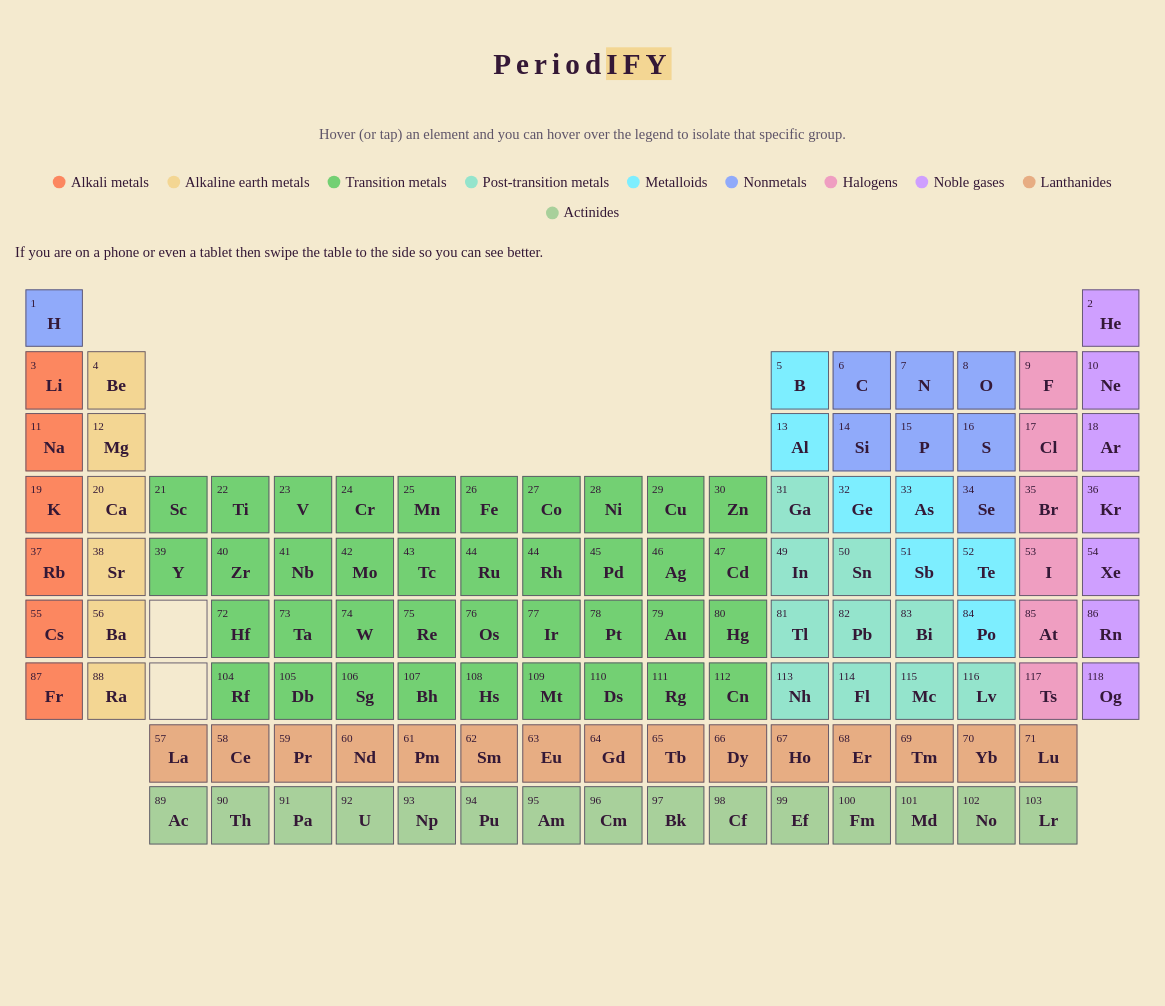
Repository: manayparikh1/Periodify
Page: index.html
These files come from the project's save history. The page is drawn as it stood at one moment and after the next save; the edit follows.
The browser window is 1280 px wide. The pictures show the whole page, at 91% of full size.

Above is the page before, as saved 2026-10-19 19:53:17.

### index.html
<!DOCTYPE html>
<html lang="en">

<head>
    <meta charset="UTF-8">
    <meta name="viewport" content="width=device-width, initial-scale=1.0">
    <title>Periodify</title>
</head>

<body>
    <!-- === HTML STARTS here===-->
    <header>
        <h1>Period<span>IFY</span></h1>
        <p>Hover (or tap) an element and you can hover over the legend to isolate that specific group.</p>
    </header>
    <!-- === Legend === -->
    <ul class="legend">
        <li class="k-ak" style="--c: var(--ak);">Alkali metals</li>
        <li class="k-ae" style="--c: var(--ae);">Alkaline earth metals</li>
        <li class="k-tm" style="--c: var(--tm);">Transition metals</li>
        <li class="k-pt" style="--c: var(--pt);">Post-transition metals</li>
        <li class="k-md" style="--c: var(--md);">Metalloids</li>
        <li class="k-nm" style="--c: var(--nm);">Nonmetals</li>
        <li class="k-hg" style="--c: var(--hg);">Halogens</li>
        <li class="k-hl" style="--c: var(--hl);">Noble gases</li>
        <li class="k-la" style="--c: var(--la);">Lanthanides</li>
        <li class="k-ac" style="--c: var(--ac);">Actinides</li>
    </ul>
    <p class="hint">If you are on a phone or even a tablet then swipe the table to the side so you can see better.</p>
    <div class="scroll">
        <div class="table">

            <!-- The first period -->
            <div class="el nm" tabindex="0"><i>1</i><b>H</b><span>Hydrogen<br>Atomic mass = 1.008</span></div>
            <div class="gap" style="--n:16"></div>
            <!-- Gives a 16 element gap because hydron and helium are not in the same column -->
            <div class="el ng" tabindex="0"><i>2</i><b>He</b><span>Helium<br>Atomic mass = 4.003</span></div>
            <!-- The second period -->
            <div class="el ak" tabindex="0"><i>3</i><b>Li</b><span>Lithium<br>Atomic mass = 6.94</span></div>
            <div class="el ae" tabindex="0"><i>4</i><b>Be</b><span>Beryllium<br>Atomic mass = 9.012</span></div>
            <div class="gap" style="--n:10"></div>
            <div class="el md" tabindex="0"><i>5</i><b>B</b><span>Boron<br>Atomic mass = 10.81</span></div>
            <div class="el nm" tabindex="0"><i>6</i><b>C</b><span>Carbon<br>Atomic mass = 12.01</span></div>
            <div class="el nm" tabindex="0"><i>7</i><b>N</b><span>Nitrogen<br>Atomic mass = 14.01</span></div>
            <div class="el nm" tabindex="0"><i>8</i><b>O</b><span>Oxygen<br>Atomic mass = 16.00</span></div>
            <div class="el hg" tabindex="0"><i>9</i><b>F</b><span>Fluorine<br>Atomic mass = 19.00</span></div>
            <div class="el ng" tabindex="0"><i>10</i><b>Ne</b><span>Neon<br>Atomic mass = 20.18</span></div>
            <!-- The third period -->
            <div class="el ak" tabindex="0"><i>11</i><b>Na</b><span>Sodium<br>Atomic mass = 22.99</span></div>
            <div class="el ae" tabindex="0"><i>12</i><b>Mg</b><span>Magnesium<br>Atomic mass = 24.31</span></div>
            <div class="gap" style="--n:10"></div>
            <div class="el md" tabindex="0"><i>13</i><b>Al</b><span>Aluminum<br>Atomic mass = 26.98</span></div>
            <div class="el nm" tabindex="0"><i>14</i><b>Si</b><span>Silicon<br>Atomic mass = 28.09</span></div>
            <div class="el nm" tabindex="0"><i>15</i><b>P</b><span>Phosphorus<br>Atomic mass = 30.97</span></div>
            <div class="el nm" tabindex="0"><i>16</i><b>S</b><span>Sulfur<br>Atomic mass = 32.06</span></div>
            <div class="el hg" tabindex="0"><i>17</i><b>Cl</b><span>Chlorine<br>Atomic mass = 35.45</span></div>
            <div class="el ng" tabindex="0"><i>18</i><b>Ar</b><span>Argon<br>Atomic mass = 39.95</span></div>
            <!-- the fourth period -->
            <div class="el ak" tabindex="0"><i>19</i><b>K</b><span>Potassium<br>Atomic mass = 39.09</span></div>
            <div class="el ae" tabindex="0"><i>20</i><b>Ca</b><span>Calcium<br>Atomic mass = 40.08</span></div>
            <div class="el tm" tabindex="0"><i>21</i><b>Sc</b><span>Scandium<br>Atomic mass = 44.96</span></div>
            <div class="el tm" tabindex="0"><i>22</i><b>Ti</b><span>Titanium<br>Atomic mass = 47.87</span></div>
            <div class="el tm" tabindex="0"><i>23</i><b>V</b><span>Vanadium<br>Atomic mass = 50.94</span></div>
            <div class="el tm" tabindex="0"><i>24</i><b>Cr</b><span>Chromium<br>Atomic mass = 52.00</span></div>
            <div class="el tm" tabindex="0"><i>25</i><b>Mn</b><span>Manganese<br>Atomic mass = 54.94</span></div>
            <div class="el tm" tabindex="0"><i>26</i><b>Fe</b><span>Iron<br>Atomic mass = 55.85</span></div>
            <div class="el tm" tabindex="0"><i>27</i><b>Co</b><span>Cobalt<br>Atomic mass = 58.93</span></div>
            <div class="el tm" tabindex="0"><i>28</i><b>Ni</b><span>Nickel<br>Atomic mass = 58.69</span></div>
            <div class="el tm" tabindex="0"><i>29</i><b>Cu</b><span>Copper<br>Atomic mass = 63.55</span></div>
            <div class="el tm" tabindex="0"><i>30</i><b>Zn</b><span>Zinc<br>Atomic mass = 65.38</span></div>
            <div class="el pt" tabindex="0"><i>31</i><b>Ga</b><span>Gallium<br>Atomic mass = 69.72</span></div>
            <div class="el md" tabindex="0"><i>32</i><b>Ge</b><span>Germanium<br>Atomic mass = 72.63</span></div>
            <div class="el md" tabindex="0"><i>33</i><b>As</b><span>Arsenic<br>Atomic mass = 74.92</span></div>
            <div class="el nm" tabindex="0"><i>34</i><b>Se</b><span>Selenium<br>Atomic mass = 78.96</span></div>
            <div class="el hg" tabindex="0"><i>35</i><b>Br</b><span>Bromine<br>Atomic mass = 79.90</span></div>
            <div class="el ng" tabindex="0"><i>36</i><b>Kr</b><span>Krypton<br>Atomic mass = 83.80</span></div>
            <!-- the fifth period -->
            <div class="el ak" tabindex="0"><i>37</i><b>Rb</b><span>Rubidium<br>Atomic mass = 85.47</span></div>
            <div class="el ae" tabindex="0"><i>38</i><b>Sr</b><span>Strontium<br>Atomic mass = 87.62</span></div>
            <div class="el tm" tabindex="0"><i>39</i><b>Y</b><span>Yttrium<br>Atomic mass = 88.91</span></div>
            <div class="el tm" tabindex="0"><i>40</i><b>Zr</b><span>Zirconium<br>Atomic mass = 91.22</span></div>
            <div class="el tm" tabindex="0"><i>41</i><b>Nb</b><span>Niobium<br>Atomic mass = 92.91</span></div>
            <div class="el tm" tabindex="0"><i>42</i><b>Mo</b><span>Molybdenum<br>Atomic mass = 95.95</span></div>
            <div class="el tm" tabindex="0"><i>43</i><b>Tc</b><span>Technetium<br>Atomic mass = 98.00</span></div>
            <div class="el tm" tabindex="0"><i>44</i><b>Ru</b><span>Ruthenium<br>Atomic mass = 101.07</span></div>
            <div class="el tm" tabindex="0"><i>44</i><b>Rh</b><span>Rhodium<br>Atomic mass = 102.91</span></div>
            <div class="el tm" tabindex="0"><i>45</i><b>Pd</b><span>Palladium<br>Atomic mass = 106.42</span></div>
            <div class="el tm" tabindex="0"><i>46</i><b>Ag</b><span>Silver<br>Atomic mass = 107.87</span></div>
            <div class="el tm" tabindex="0"><i>47</i><b>Cd</b><span>Cadmium<br>Atomic mass = 112.41</span></div>
            <div class="el pt" tabindex="0"><i>49</i><b>In</b><span>Indium<br>Atomic mass = 114.82</span></div>
            <div class="el pt" tabindex="0"><i>50</i><b>Sn</b><span>Tin<br>Atomic mass = 118.71</span></div>
            <div class="el md" tabindex="0"><i>51</i><b>Sb</b><span>Antimony<br>Atomic mass = 121.76</span></div>
            <div class="el md" tabindex="0"><i>52</i><b>Te</b><span>Tellurium<br>Atomic mass = 127.60</span></div>
            <div class="el hg" tabindex="0"><i>53</i><b>I</b><span>Iodine<br>Atomic mass = 126.90</span></div>
            <div class="el ng" tabindex="0"><i>54</i><b>Xe</b><span>Xenon<br>Atomic mass = 131.29</span></div>
            <!-- the sixth period -->
            <div class="el ak" tabindex="0"><i>55</i><b>Cs</b><span>Caesium<br>Atomic mass = 132.91</span></div>
            <div class="el ae" tabindex="0"><i>56</i><b>Ba</b><span>Barium<br>Atomic mass = 137.33</span></div>
            <!-- this is the gap for the lanthanoids  group (goes to hafnium straight)-->
            <div class="el " tabindex="0"><i></i><b></b><span>Lanthanoids<br>57-71</span></div>
            <div class="el tm" tabindex="0"><i>72</i><b>Hf</b><span>Hafnium<br>Atomic mass = 178.49</span></div>
            <div class="el tm" tabindex="0"><i>73</i><b>Ta</b><span>Tantalum<br>Atomic mass = 180.95</span></div>
            <div class="el tm" tabindex="0"><i>74</i><b>W</b><span>Tungsten<br>Atomic mass = 183.84</span></div>
            <div class="el tm" tabindex="0"><i>75</i><b>Re</b><span>Rhenium<br>Atomic mass = 186.21</span></div>
            <div class="el tm" tabindex="0"><i>76</i><b>Os</b><span>Osmium<br>Atomic mass = 190.23</span></div>
            <div class="el tm" tabindex="0"><i>77</i><b>Ir</b><span>Iridium<br>Atomic mass = 192.22</span></div>
            <div class="el tm" tabindex="0"><i>78</i><b>Pt</b><span>Platinum<br>Atomic mass = 195.08</span></div>
            <div class="el tm" tabindex="0"><i>79</i><b>Au</b><span>Gold<br>Atomic mass = 196.97</span></div>
            <div class="el tm" tabindex="0"><i>80</i><b>Hg</b><span>Mercury<br>Atomic mass = 200.59</span></div>
            <div class="el pt" tabindex="0"><i>81</i><b>Tl</b><span>Thallium<br>Atomic mass = 204.38</span></div>
            <div class="el pt" tabindex="0"><i>82</i><b>Pb</b><span>Lead<br>Atomic mass = 207.2</span></div>
            <div class="el pt" tabindex="0"><i>83</i><b>Bi</b><span>Bismuth<br>Atomic mass = 208.98</span></div>
            <div class="el md" tabindex="0"><i>84</i><b>Po</b><span>Polonium<br>Atomic mass = 209.00</span></div>
            <div class="el hg" tabindex="0"><i>85</i><b>At</b><span>Astatine<br>Atomic mass = 209.99</span></div>
            <div class="el ng" tabindex="0"><i>86</i><b>Rn</b><span>Radon<br>Atomic mass = 222.00</span></div>
            <!-- the seventh period -->
            <div class="el ak" tabindex="0"><i>87</i><b>Fr</b><span>Francium<br>Atomic mass = 223.00</span></div>
            <div class="el ae" tabindex="0"><i>88</i><b>Ra</b><span>Radium<br>Atomic mass = 226.00</span></div>
            <!-- this gap is the space for the Actinide block -->
            <div class="el " tabindex="0"><i></i><b></b><span>Actinides<br>89-103</span></div>
            <div class="el tm" tabindex="0"><i>104</i><b>Rf</b><span>Rutherfordium<br>Atomic mass = 267.00</span></div>
            <div class="el tm" tabindex="0"><i>105</i><b>Db</b><span>Dubnium<br>Atomic mass = 268.00</span></div>
            <div class="el tm" tabindex="0"><i>106</i><b>Sg</b><span>Seaborgium<br>Atomic mass = 269.00</span></div>
            <div class="el tm" tabindex="0"><i>107</i><b>Bh</b><span>Bhorium<br>Atomic mass = 270.00</span></div>
            <div class="el tm" tabindex="0"><i>108</i><b>Hs</b><span>Hassium<br>Atomic mass = 270.00</span></div>
            <div class="el tm" tabindex="0"><i>109</i><b>Mt</b><span>Meitnerium<br>Atomic mass = 278.00</span></div>
            <div class="el tm" tabindex="0"><i>110</i><b>Ds</b><span>Darmstadtium<br>Atomic mass = 281.00</span></div>
            <div class="el tm" tabindex="0"><i>111</i><b>Rg</b><span>Roentgenium<br>Atomic mass = 282.00</span></div>
            <div class="el tm" tabindex="0"><i>112</i><b>Cn</b><span>Copernicium<br>Atomic mass = 285.00</span></div>
            <div class="el pt" tabindex="0"><i>113</i><b>Nh</b><span>Nihonium<br>Atomic mass = 286.00</span></div>
            <div class="el pt" tabindex="0"><i>114</i><b>Fl</b><span>Flerovium<br>Atomic mass = 289.00</span></div>
            <div class="el pt" tabindex="0"><i>115</i><b>Mc</b><span>Moscovium<br>Atomic mass = 290.00</span></div>
            <div class="el pt" tabindex="0"><i>116</i><b>Lv</b><span>Livermorium<br>Atomic mass = 293.00</span></div>
            <div class="el hg" tabindex="0"><i>117</i><b>Ts</b><span>Tennessine<br>Atomic mass = 294.00</span></div>
            <div class="el ng" tabindex="0"><i>118</i><b>Og</b><span>Oganesson<br>Atomic mass = 294.00</span></div>
            <!-- the lanthanoids -->
            <div class="gap" style="--n:2"></div>
            <div class="el la" tabindex="0"><i>57</i><b>La</b><span>Lanthanum<br>Atomic mass = 138.91</span></div>
            <div class="el la" tabindex="0"><i>58</i><b>Ce</b><span>Cerium<br>Atomic mass = 140.12</span></div>
            <div class="el la" tabindex="0"><i>59</i><b>Pr</b><span>Praseodymium<br>Atomic mass = 140.91</span></div>
            <div class="el la" tabindex="0"><i>60</i><b>Nd</b><span>Neodymium<br>Atomic mass = 144.24</span></div>
            <div class="el la" tabindex="0"><i>61</i><b>Pm</b><span>Promethium<br>Atomic mass = 145.00</span></div>
            <div class="el la" tabindex="0"><i>62</i><b>Sm</b><span>Samarium<br>Atomic mass = 150.36</span></div>
            <div class="el la" tabindex="0"><i>63</i><b>Eu</b><span>Europium<br>Atomic mass = 151.96</span></div>
            <div class="el la" tabindex="0"><i>64</i><b>Gd</b><span>Gadollinium<br>Atomic mass = 157.25</span></div>
            <div class="el la" tabindex="0"><i>65</i><b>Tb</b><span>Terbium<br>Atomic mass = 158.93</span></div>
            <div class="el la" tabindex="0"><i>66</i><b>Dy</b><span>Dysprosium<br>Atomic mass = 162.50</span></div>
            <div class="el la" tabindex="0"><i>67</i><b>Ho</b><span>Holmium<br>Atomic mass = 164.93</span></div>
            <div class="el la" tabindex="0"><i>68</i><b>Er</b><span>Erbium<br>Atomic mass = 167.26</span></div>
            <div class="el la" tabindex="0"><i>69</i><b>Tm</b><span>Thulium<br>Atomic mass = 168.93</span></div>
            <div class="el la" tabindex="0"><i>70</i><b>Yb</b><span>Ytterbium<br>Atomic mass = 173.05</span></div>
            <div class="el la" tabindex="0"><i>71</i><b>Lu</b><span>Lutetium<br>Atomic mass = 174.97</span></div>
            <div class="gap" style="--n:1"></div>

            <!-- the actinides section -->
            <div class="gap" style="--n:2"></div>
            <div class="el ac" tabindex="0"><i>89</i><b>Ac</b><span>Actinium<br>Atomic mass = 227.00</span></div>
            <div class="el ac" tabindex="0"><i>90</i><b>Th</b><span>Thorium<br>Atomic mass = 232.04</span></div>
            <div class="el ac" tabindex="0"><i>91</i><b>Pa</b><span>Protactinium<br>Atomic mass = 231.04</span></div>
            <div class="el ac" tabindex="0"><i>92</i><b>U</b><span>Uranium<br>Atomic mass = 238.03</span></div>
            <div class="el ac" tabindex="0"><i>93</i><b>Np</b><span>Neptunium<br>Atomic mass = 237.00</span></div>
            <div class="el ac" tabindex="0"><i>94</i><b>Pu</b><span>Plutonium<br>Atomic mass = 244.00</span></div>
            <div class="el ac" tabindex="0"><i>95</i><b>Am</b><span>Americium<br>Atomic mass = 243.00</span></div>
            <div class="el ac" tabindex="0"><i>96</i><b>Cm</b><span>Curium<br>Atomic mass = 247.00</span></div>
            <div class="el ac" tabindex="0"><i>97</i><b>Bk</b><span>Berkelium<br>Atomic mass = 247.00</span></div>
            <div class="el ac" tabindex="0"><i>98</i><b>Cf</b><span>Californium<br>Atomic mass = 251.00</span></div>
            <div class="el ac" tabindex="0"><i>99</i><b>Ef</b><span>Einsteinium<br>Atomic mass = 252.00</span></div>
            <div class="el ac" tabindex="0"><i>100</i><b>Fm</b><span>Fermium<br>Atomic mass = 257.00</span></div>
            <div class="el ac" tabindex="0"><i>101</i><b>Md</b><span>Mendelevium<br>Atomic mass = 258.00</span></div>
            <div class="el ac" tabindex="0"><i>102 </i><b>No </b><span>Nobelium<br>Atomic mass = 259.00</span></div>
            <div class="el ac" tabindex="0"><i>103</i><b>Lr</b><span>Lawrencium<br>Atomic mass = 266.00</span></div>
            <div class="gap" style="--n:1"></div>
        </div>
    </div>

    <!-- the HTML ENDS here and css starts=== -->
    <style>
        :root {
            --colouring: #341836;
            --main: #5e5468;
            --papercolor: #f4eacf;

            --ak: #fc8760;
            --ae: #f3d693;
            --tm: #73d073;
            --pt: #94e4cc;
            --md: #7deeff;
            --nm: #90aafa;
            --hl: #cf9fff;
            --hg: #ef9ec1;
            --la: #e7ad83;
            --ac: #a8d09b;
        }

        /* The page (looks) (its gonna look like a notebook)*/

        * {
            box-sizing: border-box;
        }

        body {
            margin: 0;
            padding: 23px 16.6px 48.5px;
            background: var(--papercolor);
            color: var(--colouring);
            font-family: "Comic Sans MS", "Comic Sans", "Comic Neue", "Chalkboard SE", cursive;
            line-height: 1.67;
        }

        header {
            text-align: center;
            margin-bottom: 25px;
        }

        h1 {
            text-align: center;
            margin-bottom: 37px;
            letter-spacing: 5.6px;
        }

        h1 span {
            background: var(--ae);
        }

        header p {
            margin: 5.5px 0 0;
            color: var(--main);
        }

        /* -- the periodic table part -- */
        .scroll {
            overflow-x: auto;
            padding: 11.5px 11px 130px;
        }

        .table {
            display: grid;
            grid-template-columns: repeat(18, minmax(54px, 1fr));
            gap: 4.6px;
            min-width: 1060px;
            max-width: 1414px;
            margin: 0 auto;
        }

        .gap {
            grid-column: span var(--n);
        }

        .gap.row {
            height: 14px;
        }

        .el {
            position: relative;
            aspect-ratio: 1/1;
            border: 1.4px solid var(--main);
            padding: 4px 5px;
            /*basically each elements box size*/
            cursor: pointer;
        }

        .el i {
            font-style: normal;
            font-size: 0.77rem;
            display: block;
        }

        .el b {
            display: block;
            font-size: 1.2rem;
            text-align: center;
            line-height: 1.2;
        }


        /* thing willl basically stay hidden unless u hover or tap a title*/

        .el span {

            display: none;
            position: absolute;
            top: 110%;
            left: 55%;
            transform: translateX(-45%);
            width: 148px;
            padding: 8.5px 10.5px;
            background: #caf4cb;
            border: 1.65px solid var(--main);
            font-size: 0.74rem;
            text-align: center;
            z-index: 9;
        }

        .el:hover span,
        .el:focus span {
            display: block;
        }

        /*hovering colours*/

        .ak {
            background: var(--ak);
        }

        .ae {
            background: var(--ae);
        }

        .tm {
            background: var(--tm);
        }

        .pt {
            background: var(--pt);
        }

        .md {
            background: var(--md);
        }

        .nm {
            background: var(--nm);
        }

        .hg {
            background: var(--hg);
        }

        .ng {
            background: var(--hl);
        }

        .la {
            background: var(--la);
        }

        .ac {
            background: var(--ac);
        }

        /* the legend part */

        .legend {
            list-style: none;
            /*takes away numbered list*/
            display: flex;
            flex-wrap: wrap;
            /*organizes the legend*/
            justify-content: center;
            gap: 7.5px 20px;
            padding: 0;
        }

        .legend li {
            display: flex;
            align-items: center;
            gap: 5.6px;
        }

        .legend li::before {
            content: "";
            width: 14px;
            height: 14px;
            border-radius: 50%;
            background: var(--c);
        }

After the next save:
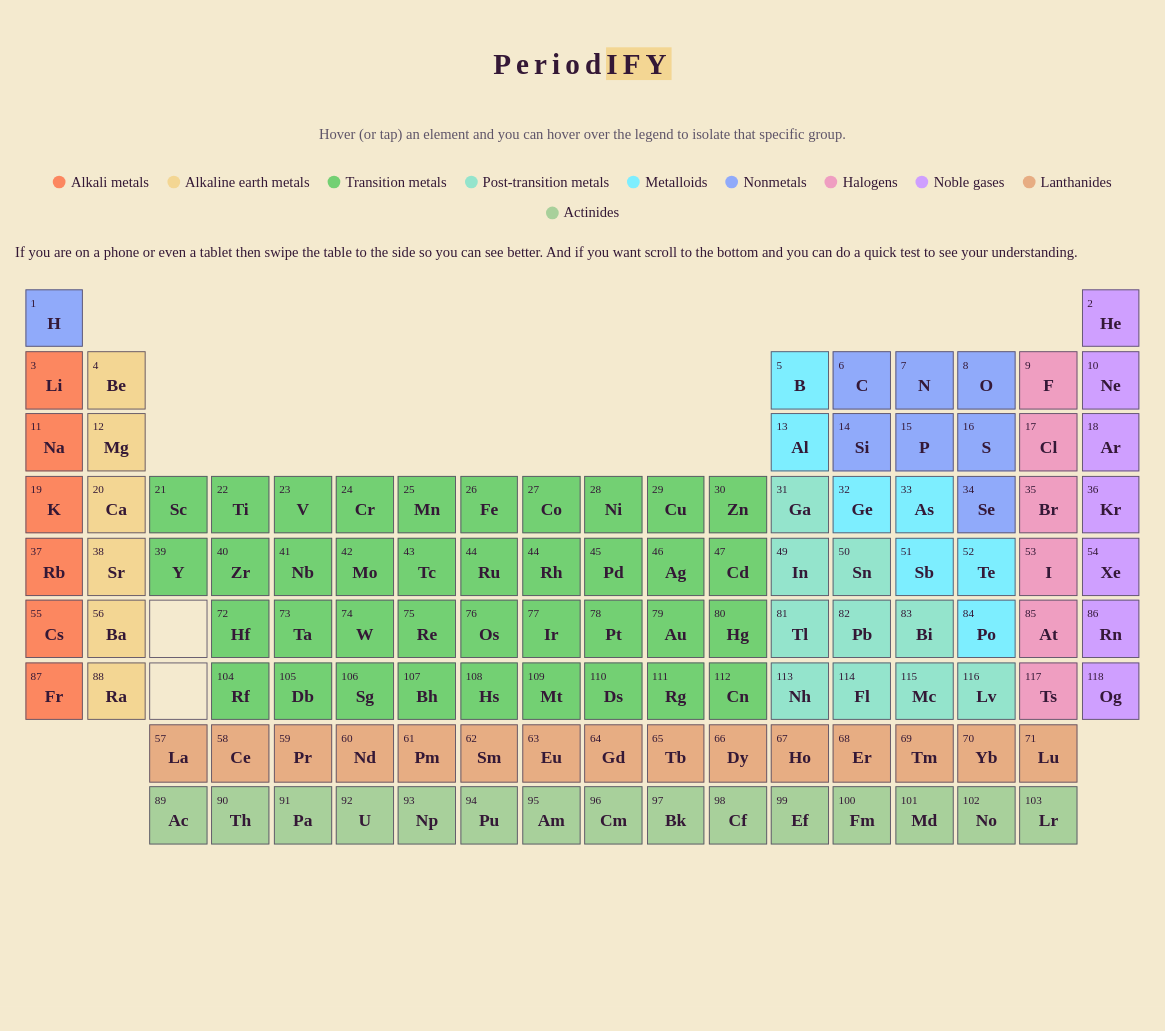
Saved 34 s later.
--- a/index.html
+++ b/index.html
@@ -26,7 +26,8 @@
         <li class="k-la" style="--c: var(--la);">Lanthanides</li>
         <li class="k-ac" style="--c: var(--ac);">Actinides</li>
     </ul>
-    <p class="hint">If you are on a phone or even a tablet then swipe the table to the side so you can see better.</p>
+    <p class="hint">If you are on a phone or even a tablet then swipe the table to the side so you can see better. And
+        if you want scroll to the bottom and you can do a quick test to see your understanding. </p>
     <div class="scroll">
         <div class="table">
 
